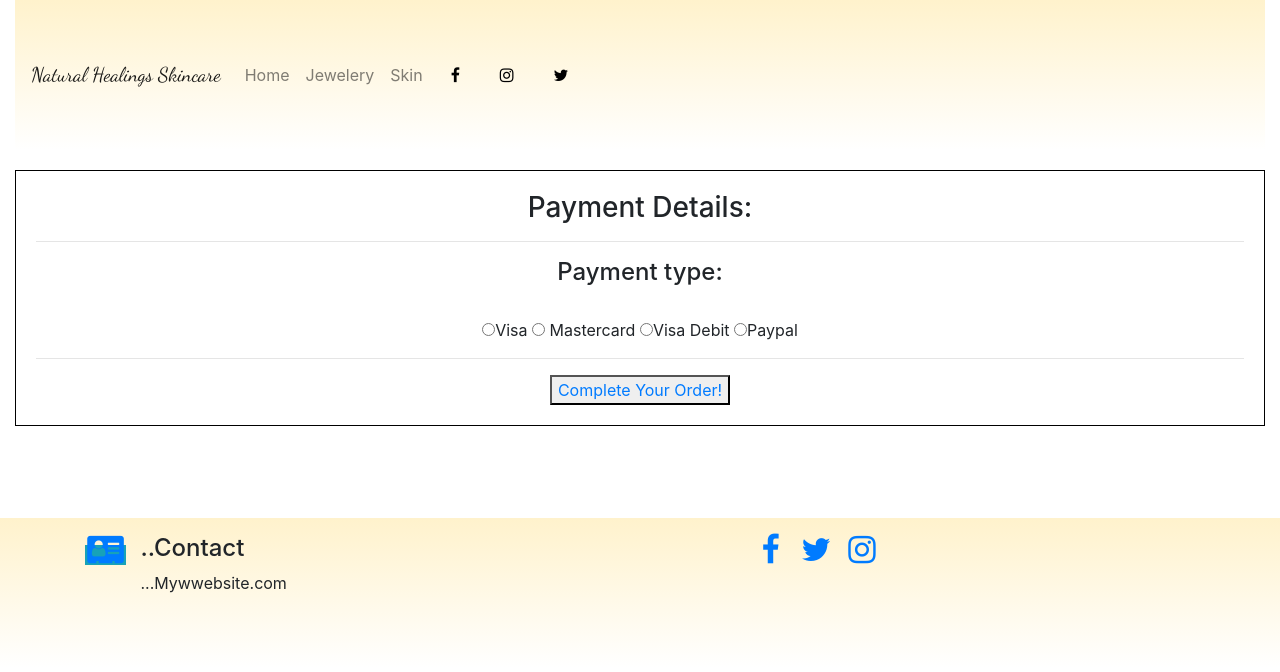
Repository: aliciarawlings/first-milestone
Page: form2.html
The author's editor kept a record of every edit. The page is drawn from the files as they stood at one moment, then again after the next edit.
The browser window is 1280 px wide. The pictures show the whole page.
Some web fonts or font styles are not loaded; a fallback is used.

Above is the page before.

After the next edit:
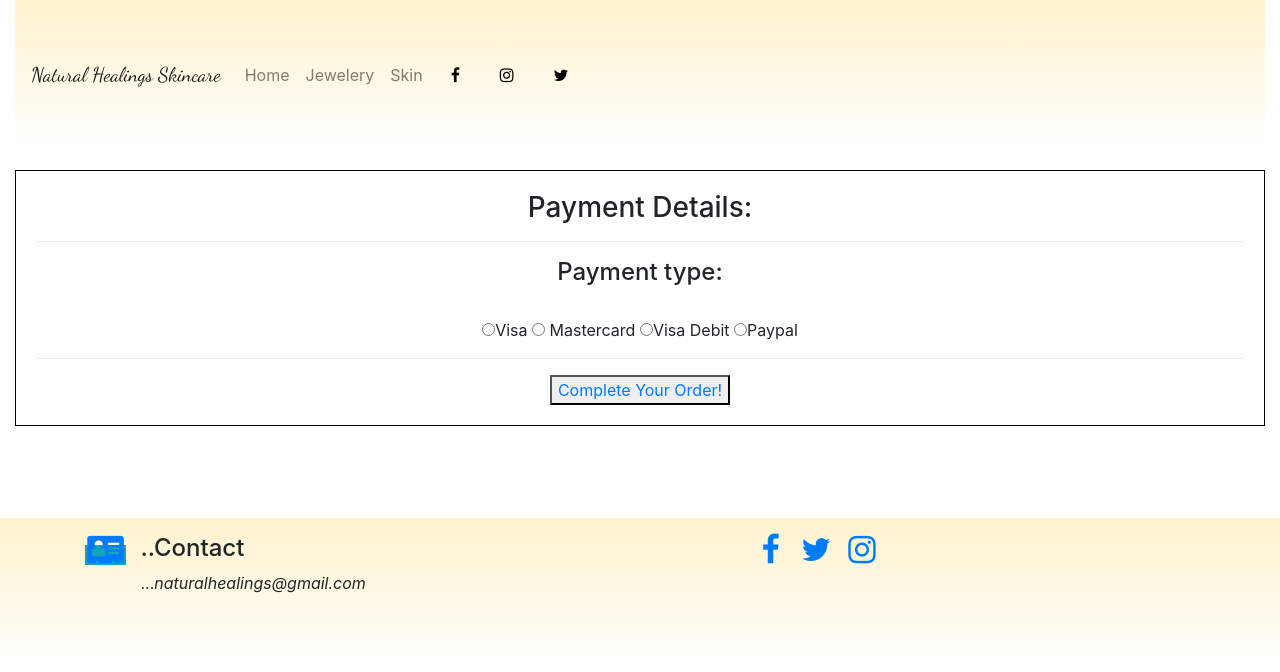
The edit:
--- a/form2.html
+++ b/form2.html
@@ -106,7 +106,7 @@
             </div>
             <div class="col-sm-11 ">
                 <div><h4>..Contact</h4>
-                    <p>...<span class="header-font">M</span>y<span class="header-font">w</span>website.com</p>
+                    <p>...<em>naturalhealings@gmail.com </em></p>
                 </div>
             </div>
             </div>
